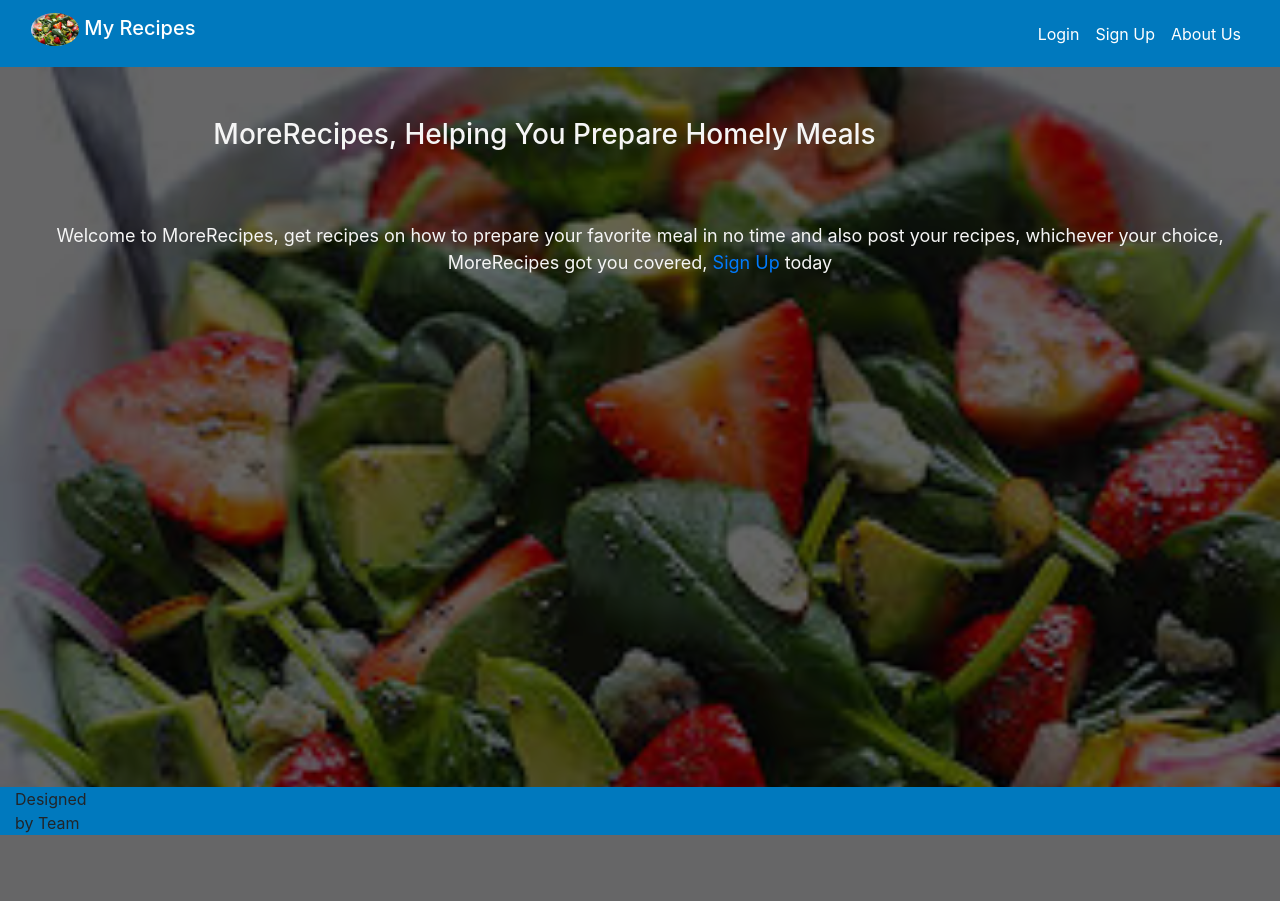
Repository: UggoPrince/more-recipes
Page: html/index.html
These files come from the project's save history. The page is drawn as it stood at one moment and after the next save; the edit follows.
The browser window is 1280 px wide. The pictures show the whole page.

Above is the page before, as saved 2018-07-30 07:15:38.

### html/index.html
<html lang="en">
<head>
  <meta charset="UTF-8">
  <meta name="viewport" content="width=device-width, initial-scale=1.0">
  <meta http-equiv="X-UA-Compatible" content="ie=edge">
  <link rel="stylesheet" href="https://maxcdn.bootstrapcdn.com/bootstrap/4.0.0/css/bootstrap.min.css" integrity="sha384-Gn5384xqQ1aoWXA+058RXPxPg6fy4IWvTNh0E263XmFcJlSAwiGgFAW/dAiS6JXm" crossorigin="anonymous"/>
  <style>
    main {
      background-color: rgba(0, 0, 3, 0.6);
      color: whitesmoke;
    }
    div#content {
      background-size: 100vw;
      background-repeat: no-repeat;
      background-image: url(../img/nav-image.jpg);
      background-size: cover;
      height: 100vh;
      background-repeat: no-repeat;
    }
    nav {
      background-color: #0079be;
      color: white;
    }
    .nav-link {
      color: white;
    }
  </style>
  <title>My Recipes Homepage</title>
</head>
<body>
  <nav class="xnav navbar navbar-expand-lg">
    <div class="container-fluid">
      <h3 style="color: white;" class="navbar-brand">
        <img class="rounded-circle" src="../img/nav-image.jpg" style="width: 48px;" alt="logo"/>
        My Recipes
      </h3>
      <button class="navbar-toggler" type="button" data-toggle="collapse" aria-controls="navDropdown" aria-expanded="false" aria-label="Toggle Navigation" data-target="#navDropdown" >
        <span class="navbar-toggler-icon"></span>
      </button>
      <div class="collapse navbar-collapse justify-content-end brand-anchor" id="navDropdown">
        <ul class="navbar-nav">
          <li class="nav-item">
            <a class="nav-link" href="login.html">Login</a>
          </li>
          <li class="nav-item">
            <a class="nav-link" href="signup.html">Sign Up</a>
          </li>
          <li class="nav-item">
            <a class="nav-link" href="about.html">About Us</a>
          </li>
        </ul>
      </div>
    </div>
  </nav>
  <div id="content">
    <main class="container-fluid">
      <div class="row">
        <div class="offset-2 col-8;" style="margin-top: 4%;">
            <h3>MoreRecipes, Helping You Prepare Homely Meals</h3>
        </div>
      </div>
      <center>
        <div style="padding-top: 5%; padding-bottom: 50%; font-size: 18px;">
          Welcome to MoreRecipes, get recipes on how to prepare your favorite meal in no time and also post your recipes, whichever your choice, MoreRecipes got you covered, <a href="signup.html">Sign Up</a> today
        </div>
      </center>
    </main>
  </div>
  <footer class="container-fluid" style="background-color: #0079be;">
    <div class="row">
      <div class="col-1">Designed by Team</div>
    </div>
  </footer>
</body>
</html>

After the next save:
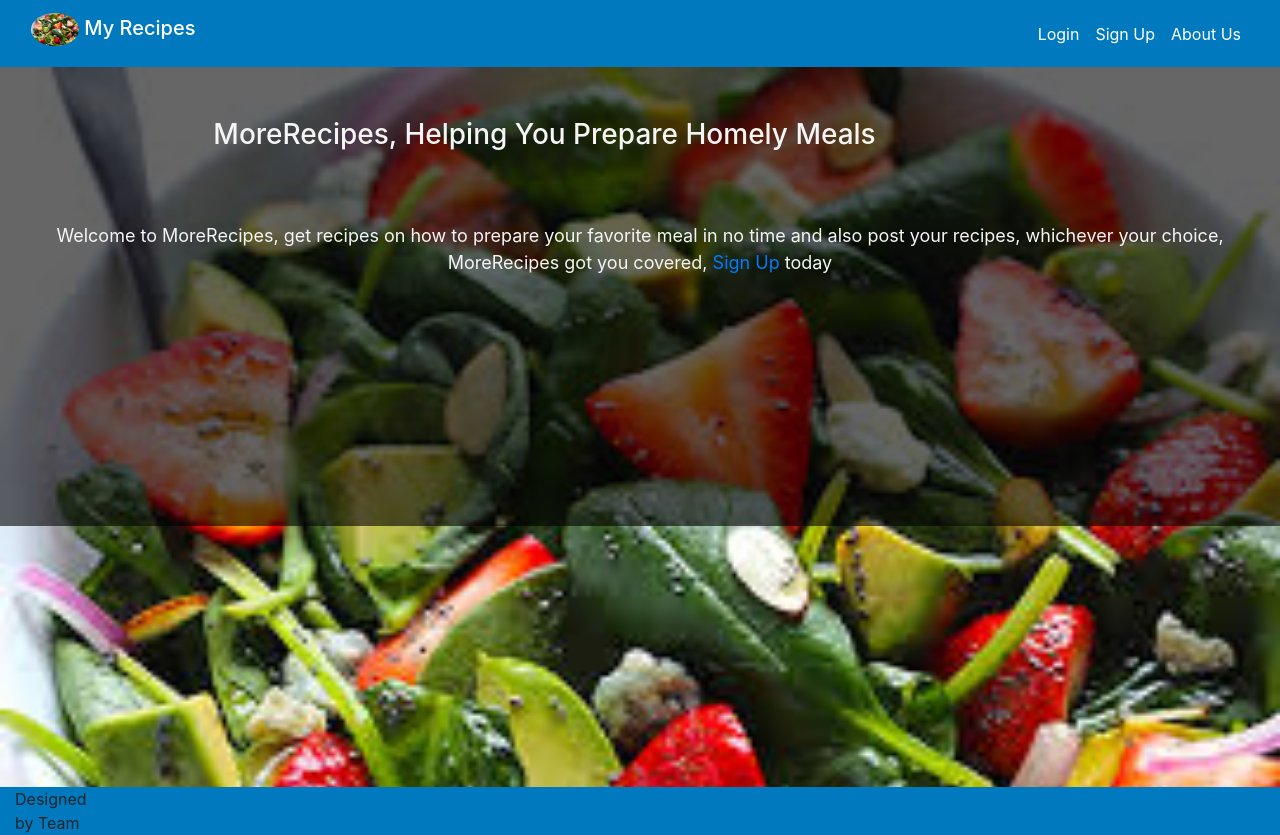
Saved 2 min 17 s later.
--- a/html/index.html
+++ b/html/index.html
@@ -60,7 +60,7 @@
         </div>
       </div>
       <center>
-        <div style="padding-top: 5%; padding-bottom: 50%; font-size: 18px;">
+        <div style="padding-top: 5%; padding-bottom: 20%; font-size: 18px;">
           Welcome to MoreRecipes, get recipes on how to prepare your favorite meal in no time and also post your recipes, whichever your choice, MoreRecipes got you covered, <a href="signup.html">Sign Up</a> today
         </div>
       </center>
